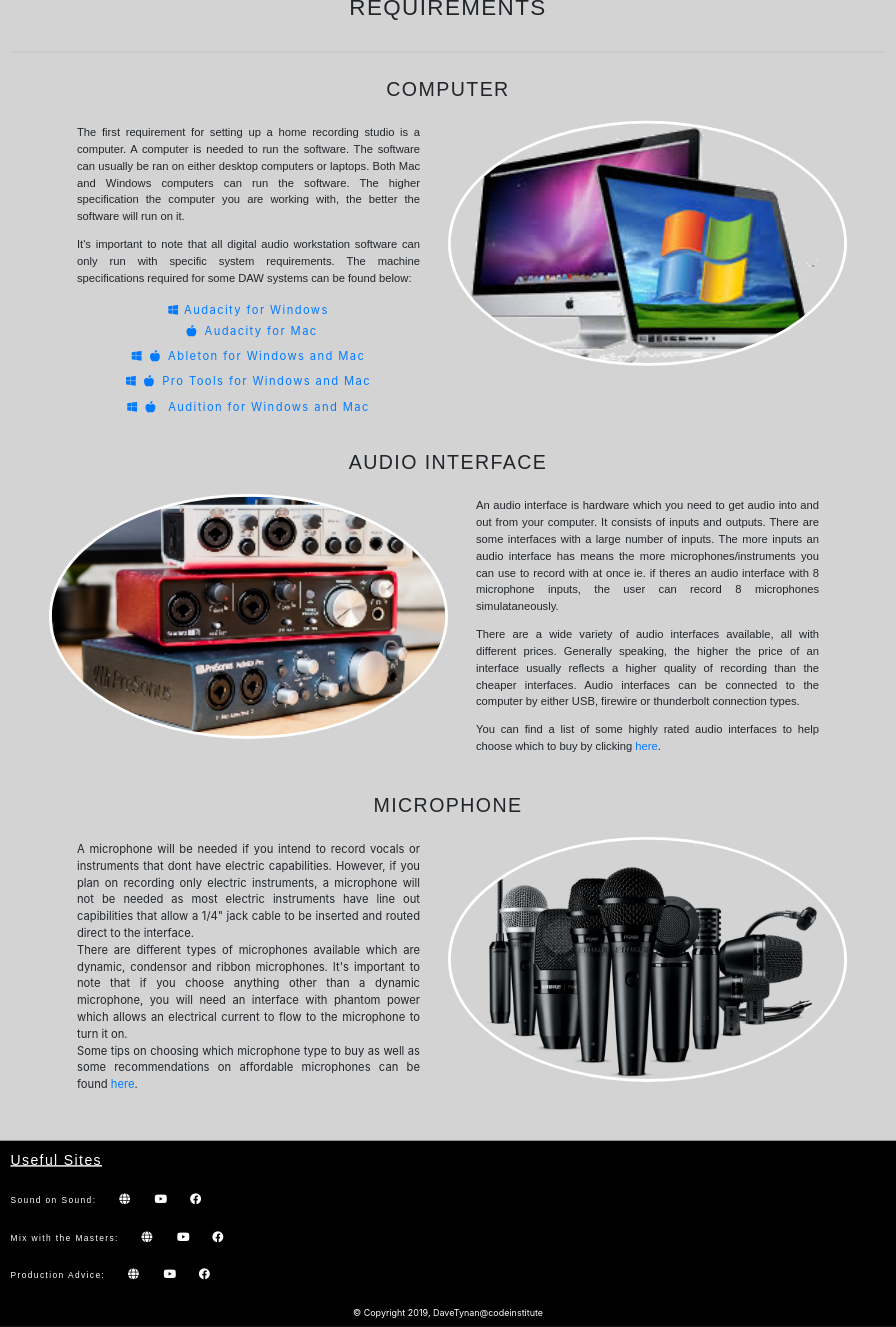
Repository: djjtyn/CIMilestoneProject1
Page: index.html
The author's editor kept a record of every edit. The page is drawn from the files as they stood at one moment, then again after the next edit.
The browser window is 1280 px wide. The pictures show the part of the page from y = 1341 to 3261 px (the page is 3237 px tall before and 3261 px after), at 70% of full size.
Some web libraries are served in a nearby version.

Above is the page before.
Console error (its wording comes from the project's code and is left out).

### index.html
<!DOCTYPE html>
<html lang="en">

<head>
  <meta charset="UTF-8">
  <meta name="viewport" content="width=device-width, initial-scale=1.0">
  <meta http-equiv="X-UA-Compatible" content="ie=edge">
  <link rel="stylesheet" href="https://stackpath.bootstrapcdn.com/bootstrap/4.3.1/css/bootstrap.min.css" integrity="sha384-ggOyR0iXCbMQv3Xipma34MD+dH/1fQ784/j6cY/iJTQUOhcWr7x9JvoRxT2MZw1T" crossorigin="anonymous">
  <link href="https://cdnjs.cloudflare.com/ajax/libs/font-awesome/5.9.0/css/all.min.css" rel="stylesheet">
  <link rel="stylesheet" href="css/style.css" type="text/css" />
  <title>DAW(HOME)</title>
</head>

<body>
  <nav class="navbar navbar-expand-md navbar-dark bg-dark fixed"><!--NAVIGATION BAR-->
    <div class="nav-brand">
      <i class="fas fa-headphones"></i>
    </div>
    <!--Button code taken from WhiskeyDrop code institute project-->
    <button class="navbar-toggler" type="button" data-toggle="collapse" data-target="#navbarResponsive" aria-hidden="true">
      <span class="navbar-toggler-icon"></span>
    </button>
    <div class="collapse navbar-collapse" id="navbarResponsive">
      <ul class="navbar-nav mr-auto">
        <li class="nav-item">
          <a class="nav-link active" href="index.html">Home</a>
        </li>
        <li class="nav-item">
          <a class="nav-link" href="eq.html">Equalization</a>
        </li>
        <li class="nav-item">
          <a class="nav-link" href="comlim.html">Compressor/ Limiter</a>
        </li>
      </ul>
    </div>
  </nav>
  <div class="no-gutters common-img "></div>
  <hr>
  <section class="container-fluid">
    <div class="row"><!--FIRST TEXT AREA-->
      <div class="col-12">
        <h1>Digital Audio Workstation (DAW)</h1>
      </div>
    </div>
    <hr>
    <div class="row">
      <div class="col-12 col-md-6 icons"><!--SOFTWARE ICONS-->
        <a href="https://www.avid.com/pro-tools/features" class="pro-tools" target="_blank">
        <img src="images/protools.jpg" height="140" width="270" alt="pro-tools-icon"/>
        </a>
        <a href="https://www.ableton.com/en/live/" class="ableton" target="_blank">
        <img src="images/ableton.jpg" height="140" width="270" alt="ableton-icon" />
        </a>
        <a href="https://www.audacityteam.org/about/features/" class="audacity" target="_blank">
        <img src="images/audacity.png" height="140" width="270" alt="audacity-icon" />
        </a>
        <a href="https://www.adobe.com/mena_en/products/audition/features._sl_id-contentfilter_sl_featuredisplaytypes_sl_all.html" class="audition" target="_blank">
        <img src="images/audition.jpg" height="140" width="270" alt="audition-icon"  />
        </a>
      </div>
<div class="col-12 col-md-6 icontxt">
  <p>The purpose of this site is to provide information for people interested in creating their own home recordings and the tools that are needed to enhance the audio quality on the recordings.</p>
  <p>A <b> Digital Audio Workstation (DAW)</b> is software used in the recording and post production of audio. They are used in many professional recording studios but can be set up easily enough for use in the comfort of your home.</p>
  <p>On this site, you will find the requirements needed to make use of one of these in addition to information on some commonly used tools found within every one of the digital audio workstation programmes available.</p>
  <p>There is many different digital audio workstation software available such as Pro Tools, Audacity, Ableton and Audition to name a few. You will find icons on this page for the four software programmes I have named. Each icon is a link, which upon clicking,
    will take you to a page containing some information on each individual software program and its various features.<br> Every one of these software programmes have their own strengths and weaknesses but all will work well with recording or improving
    audio quality for basic home recordings.</p>
  <p>Some of the software I have listed is free to download. The ones that cost to download will allow a free trial or allow scaled down version of the full program to be downloaded for free. All the tools mentioned on this website can be found in the free
    versions of whichever software you choose to download.</p>
  <p>There are a number of requirements neccessary to get started with using this software, which I have listed below.</p>
</div>
    </div>
    <hr>
    <div class="row">
      <div class="col-12">
        <h2>Requirements</h2>
      </div>
    </div>
    <hr>
    <div class="container">
      <div class="row comp"><!--REQUIREMENTS-COMPUTER-->
        <div class="col-12">
          <h3>Computer</h3>
        </div>
<div class="col-12 col-md-6 comptxt">
  <p>The first requirement for setting up a home recording studio is a computer. A computer is needed to run the software. The software can usually be ran on either desktop computers or laptops. Both Mac and Windows computers can run the software. The higher
    specification the computer you are working with, the better the software will run on it.</p>
  <p>It's important to note that all digital audio workstation software can only run with specific system requirements. The machine specifications required for some DAW systems can be found below:</p>
  <ul>
    <li><a href="https://www.audacityteam.org/download/windows/#sysreq" target="_blank"><i class="fab fa-windows"></i> Audacity for Windows</a></li>
    <li><a href="https://www.audacityteam.org/download/mac/" target="_blank"><i class="fas fa-apple-alt"></i>Audacity for Mac</a></li>
    <li><a href="https://help.ableton.com/hc/en-us/articles/115001663530-Live-10-Minimum-System-Requirements" target="_blank"><i class="fab fa-windows"></i><i class="fas fa-apple-alt"></i>Ableton for Windows and Mac</a></li>
    <li><a href="http://avid.force.com/pkb/articles/compatibility/Pro-Tools-System-Requirements" target="_blank"><i class="fab fa-windows"></i><i class="fas fa-apple-alt"></i>Pro Tools for Windows and Mac</a></li>
    <li><a href="https://helpx.adobe.com/ie/audition/system-requirements.html" target="_blank"><i class="fab fa-windows"></i><i class="fas fa-apple-alt"></i> Audition for Windows and Mac</a>
  </ul>
</div>
        <div class="col-12 col-md-6 computer"></div>
      </div>
      <div class="row">
        <!--REQUIREMENTS-INTERFACE-->
        <div class="col-12">
          <h3>Audio Interface</h3>
        </div>
      </div>
      <div class="row int">
        <div class="col-12 col-md-6 interface"></div>
        <div class="col-12 col-md-6 interfacetxt">
          <p>An audio interface is hardware which you need to get audio into and out from your computer. It consists of inputs and outputs. There are some interfaces with a large number of inputs. The more inputs an audio interface has means the more microphones/instruments
            you can use to record with at once ie. if theres an audio interface with 8 microphone inputs, the user can record 8 microphones simulataneously.</p>
          <p>There are a wide variety of audio interfaces available, all with different prices. Generally speaking, the higher the price of an interface usually reflects a higher quality of recording than the cheaper interfaces. Audio interfaces can be connected
            to the computer by either USB, firewire or thunderbolt connection types.</p>
          <p>You can find a list of some highly rated audio interfaces to help choose which to buy by clicking <a href="https://www.sweetwater.com/insync/best-audio-interfaces-for-home-studio/" target="_blank">here</a>. </p>
        </div>
      </div>
      <div class="row"><!--REQUIREMENTS-MICROPHONE-->
        <div class="col-12">
          <h3>Microphone</h3>
        </div>
      </div>
      <div class="row">
        <div class="col-12 col-md-6 mictxt">
          A microphone will be needed if you intend to record vocals or instruments that dont have electric capabilities. However, if you plan on recording only electric instruments, a microphone will not be needed as most electric instruments have line out capibilities
          that allow a 1/4" jack cable to be inserted and routed direct to the interface.<br> There are different types of microphones available which are dynamic, condensor and ribbon microphones. It's important to note that if you choose anything
          other than a dynamic microphone, you will need an interface with phantom power which allows an electrical current to flow to the microphone to turn it on.<br> Some tips on choosing which microphone type to buy as well as some recommendations
          on affordable microphones can be found <a href="https://ledgernote.com/reviews/best-cheap-microphones/" target="_blank">here</a>.
        </div>
        <div class="col-12 col-md-6 microphone"></div>
      </div>
    </div>
  </section>
  <footer class="container-fluid links"><!--SOCIAL LINKS-->
    <h5 class="uppercase">Useful Sites</h5>
    <div class="sos">
      <h6>Sound on Sound:</h6>
      <a href="https://www.soundonsound.com/" target="_blank"> <i class="fas fa-globe"></i></a>
      <a href="https://www.youtube.com/channel/UCFw2zGrdiLLAwbNQra1vtnA" target="_blank"><i class="fab fa-youtube"></i></a>
      <a href="https://www.facebook.com/soundonsoundmag/" target="_blank"><i class="fab fa-facebook"></i></a>
    </div>
    <div class="mwthm">
      <h6>Mix with the Masters:</h6>
      <a href="https://mixwiththemasters.com/" target="_blank"><i class="fas fa-globe"></i></a>
      <a href="https://www.youtube.com/user/MixWithTheMASTERS" target="_blank"><i class="fab fa-youtube"></i></a>
      <a href="https://www.facebook.com/MixWithTheMasters/" target="_blank"><i class="fab fa-facebook"></i></a>
    </div>
    <div class="pa">
      <h6>Production Advice:</h6>
      <a href="https://productionadvice.co.uk/" target="_blank"><i class="fas fa-globe"></i></a>
      <a href="https://www.youtube.com/channel/UCMFrnWIF6N5YtOZzmCGP16A" target="_blank"><i class="fab fa-youtube"></i></a>
      <a href="https://www.facebook.com/ProductionAdvice/" target="_blank"><i class="fab fa-facebook"></i></a>
    </div>
    <div class="copy">
      <small>&copy; Copyright 2019, DaveTynan@codeinstitute</small>
    </div>
  </footer>
<script src="https://cdnjs.cloudflare.com/ajax/libs/jquery/3.2.1/jquery.min.js"></script>
<script src="https://cdnjs.cloudflare.com/ajax/libs/twitter-bootstrap/4.0.0-alpha.6/js/bootstrap.min.js"></script>
</body>


</html>

### css/style.css
h1, h2, h3 {
    text-align: center;
    font-family: Arial;
    padding:20px;
    letter-spacing: 2px;
    text-transform: uppercase;
}

p {font-family: Arial;
}

/*-------------------------------------------------NAVBAR---*/
nav {
    height: 70px;
    font-size: 20px;
    color: #fff;
}

.fa-headphones {
    padding-left: 15px;
    padding-right:15px;
    margin-right: 15px;
    font-size: 50px;
}

nav ul li {
    padding:15px;
    font-family: Arial;
    letter-spacing: 5px;
}

/*-------------------------------------------------COMMON IMG---*/
.common-img {
    height: 400px;
    background-image: url("../images/bg.jpg");
    background-size: cover;
    background-repeat: no-repeat;
    background-position: center;
   width: 100%;
}

/*-------------------------------------------------MAIN---*/
body {
    background-color: #d3d3d3;
}

.pro-tools, .ableton, .audacity, .audition {
    display: inline-block;
    padding: 2%;
}

.icons {
    float:left;
    width:300px;
    padding:10px;
    text-align:center;
}

.icontxt {
    padding-right:40px;
    padding-left:40px;
    text-align:justify;
}

/*-------------------------------------------------Requirements--*/
.comp ul {
    text-align:center;
    padding:5px;
    margin-bottom: 0;
}

.comp .fa-apple-alt {
    padding:10px;
}

.computer {
    height: 350px;
    background-image: url("../images/computer.png");
    background-size: cover;
    background-repeat: no-repeat;
    border:4px solid #fff;
    border-radius:50%;
    width: 300px;
    float:right;
    margin-top: 0;
}

.comptxt {
   padding:40px;
   text-align:justify;
   padding-top: 5px;
   padding-bottom: 5px;
}

.interface {
    height: 350px;
    background-image: url("../images/interface.jpg");
    background-size: cover;
    background-repeat: no-repeat;
    background-position:center;
    border:4px solid #fff;
    border-radius:50%;
    width: 300px;
    padding:10px;
}

.interfacetxt {
    padding:40px;
    text-align:justify;
    padding-top: 5px;
    padding-bottom: 5px;
}

.microphone {
    height: 350px;
    background-image: url("../images/microphones.png");
    background-size: cover;
    background-repeat: no-repeat;
    background-position:center;
    border:4px solid #fff;
    border-radius:50%;
    width: 300px;
    padding:10px;
}

.mictxt {
   padding:40px;
   padding-top: 5px;
   padding-bottom: 5px;
   text-align:justify;
}

.comp, .mic, .int {
    margin-bottom:15px;
}

ul {
    list-style: none;
    letter-spacing: 2px;
}

/*-------------------------------------------------FOOTER---*/
footer {
    background-color: #000;
    margin-top:5%;
}

h5 {
    font-family: Arial;
    color: #fff;
    letter-spacing: 2px;
    text-decoration: underline;
    font-weight: 300;
    padding: 5px;
}

h6 {
    font-family: Arial;
    letter-spacing: 2px;
    color: white;
    font-size: 12px;
    padding: 5px;
    display: inline-block;
}

.links a, .links {
    display: inline-block;
    padding: 10px;
}

footer i {
    height: 12px;
    width: 15px;
    color: #fff;
    padding: 8px;
    margin: 5px;
    transition-timing-function: ease-in-out;
    transition-duration: .5s;
}

.copy {
    color: #fff;
    text-align: center;
    margin-top: 20px;
}

footer .fa-facebook:hover {
  color: blue;
}

footer .fa-youtube:hover {
    color: red;
}

footer .fa-globe:hover {
    color:#228B22;
}

/*-------------------------------------------------EQ---*/
.eq {
    height: 400px;
    background-image: url("../images/clef.png");
    background-size: cover;
    background-repeat: no-repeat;
    background-position:center;
    border:1px solid #fff;
    border-radius:50%;
    padding:10px;
    float:left;
}

.eqtxt {
    padding:40px;
    text-align:justify;
    padding-top: 5px;
    padding-bottom: 5px;
 }

.oneband {
    height: 350px;
    background-image: url("../images/1band.png");
    background-size: contain;
    background-repeat: no-repeat;
    background-position:center;
    border:4px solid #fff;
    border-radius:50%;
    width: 300px;
    padding:10px;
}

.onebandtxt {
   padding:40px;
   text-align:justify;
   padding-top: 5px;
   padding-bottom: 5px;
}

.sevenband {
     height: 350px;
    background-image: url("../images/7band.jpg");
    background-size: contain;
    background-repeat: no-repeat;
    background-position:center;
    border:4px solid #fff;
    border-radius:50%;
    width: 300px;
    padding:10px;
}

.sevenbandtxt {
   padding:40px;
   text-align:justify;
   padding-top: 5px;
   padding-bottom: 5px;
}

/*-------------------------------------------------Compress/Limit---*/
.compresspic {
    height: 350px;
    background-image: url("../images/compressor.png");
    background-size: contain;
    background-repeat: no-repeat;
    background-position:center;
    border:4px solid #fff;
    border-radius:50%;
    padding:10px;
}

.compresstxt {
   padding:40px;
   text-align:justify;
   padding-top: 5px;
   padding-bottom: 5px;
}

.compresstxt ul li {
    list-style:disc;
    font-family: arial;
    font-size: 15px;
    word-spacing: 5px;
    font-weight: lighter;
}

.limiter {
    height: 350px;

    background-image: url("../images/limiter.png");
    background-size: contain;
    background-repeat: no-repeat;
    background-position:center;
    border:4px solid #fff;
    border-radius:50%;
    padding:10px;
    float:
}

.limitertxt {
   padding:40px;
   text-align:justify;
   padding-top: 5px;
   padding-bottom: 5px;
}

After the next edit:
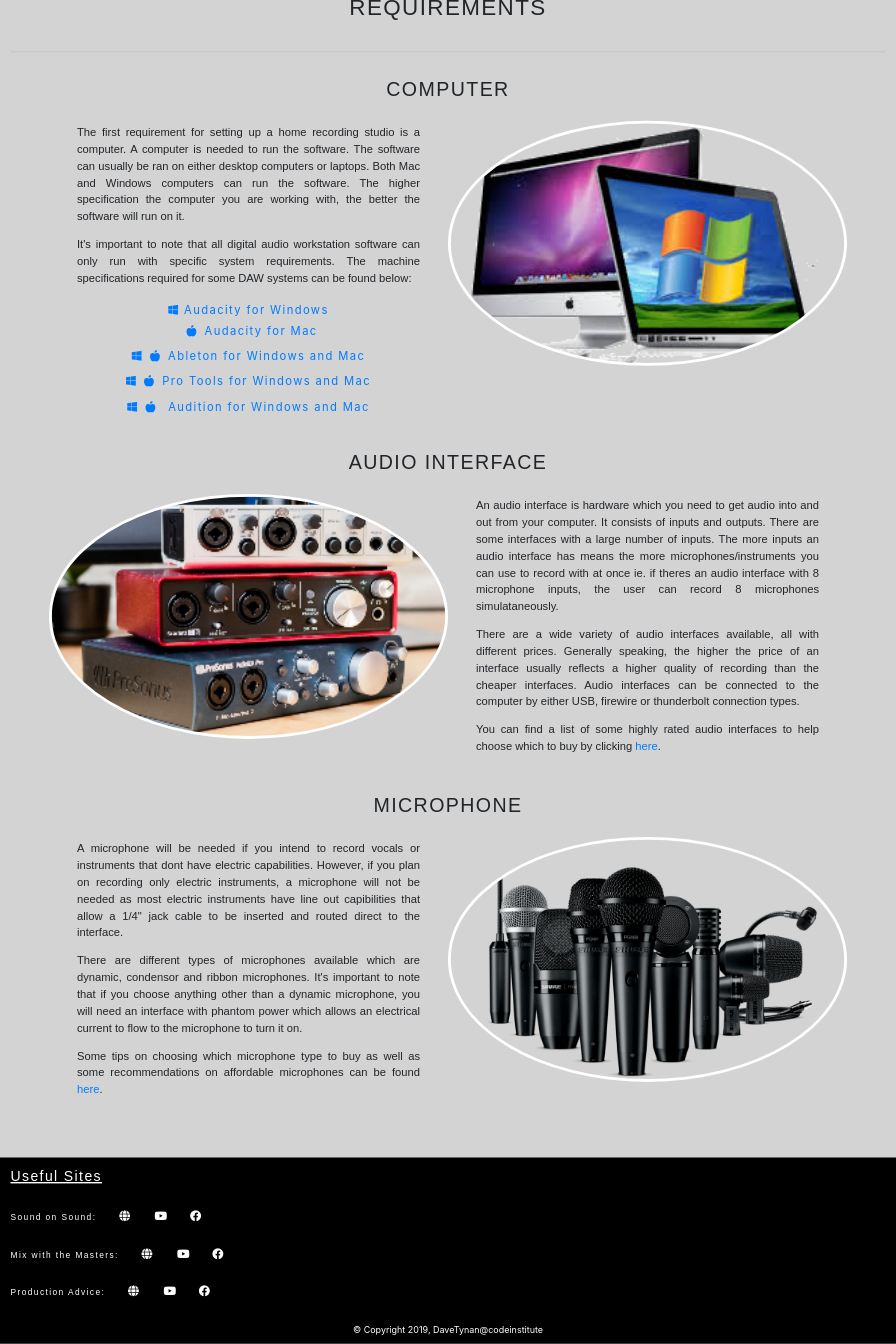
The edit:
--- a/index.html
+++ b/index.html
@@ -119,10 +119,12 @@
       </div>
       <div class="row">
         <div class="col-12 col-md-6 mictxt">
-          A microphone will be needed if you intend to record vocals or instruments that dont have electric capabilities. However, if you plan on recording only electric instruments, a microphone will not be needed as most electric instruments have line out capibilities
-          that allow a 1/4" jack cable to be inserted and routed direct to the interface.<br> There are different types of microphones available which are dynamic, condensor and ribbon microphones. It's important to note that if you choose anything
-          other than a dynamic microphone, you will need an interface with phantom power which allows an electrical current to flow to the microphone to turn it on.<br> Some tips on choosing which microphone type to buy as well as some recommendations
-          on affordable microphones can be found <a href="https://ledgernote.com/reviews/best-cheap-microphones/" target="_blank">here</a>.
+          <p>A microphone will be needed if you intend to record vocals or instruments that dont have electric capabilities. However, if you plan on recording only electric instruments, a microphone will not be needed as most electric instruments have line out capibilities
+          that allow a 1/4" jack cable to be inserted and routed direct to the interface.</p>
+          <p>There are different types of microphones available which are dynamic, condensor and ribbon microphones. It's important to note that if you choose anything
+          other than a dynamic microphone, you will need an interface with phantom power which allows an electrical current to flow to the microphone to turn it on.</p>
+          <p>Some tips on choosing which microphone type to buy as well as some recommendations
+          on affordable microphones can be found <a href="https://ledgernote.com/reviews/best-cheap-microphones/" target="_blank">here</a>.</p>
         </div>
         <div class="col-12 col-md-6 microphone"></div>
       </div>
